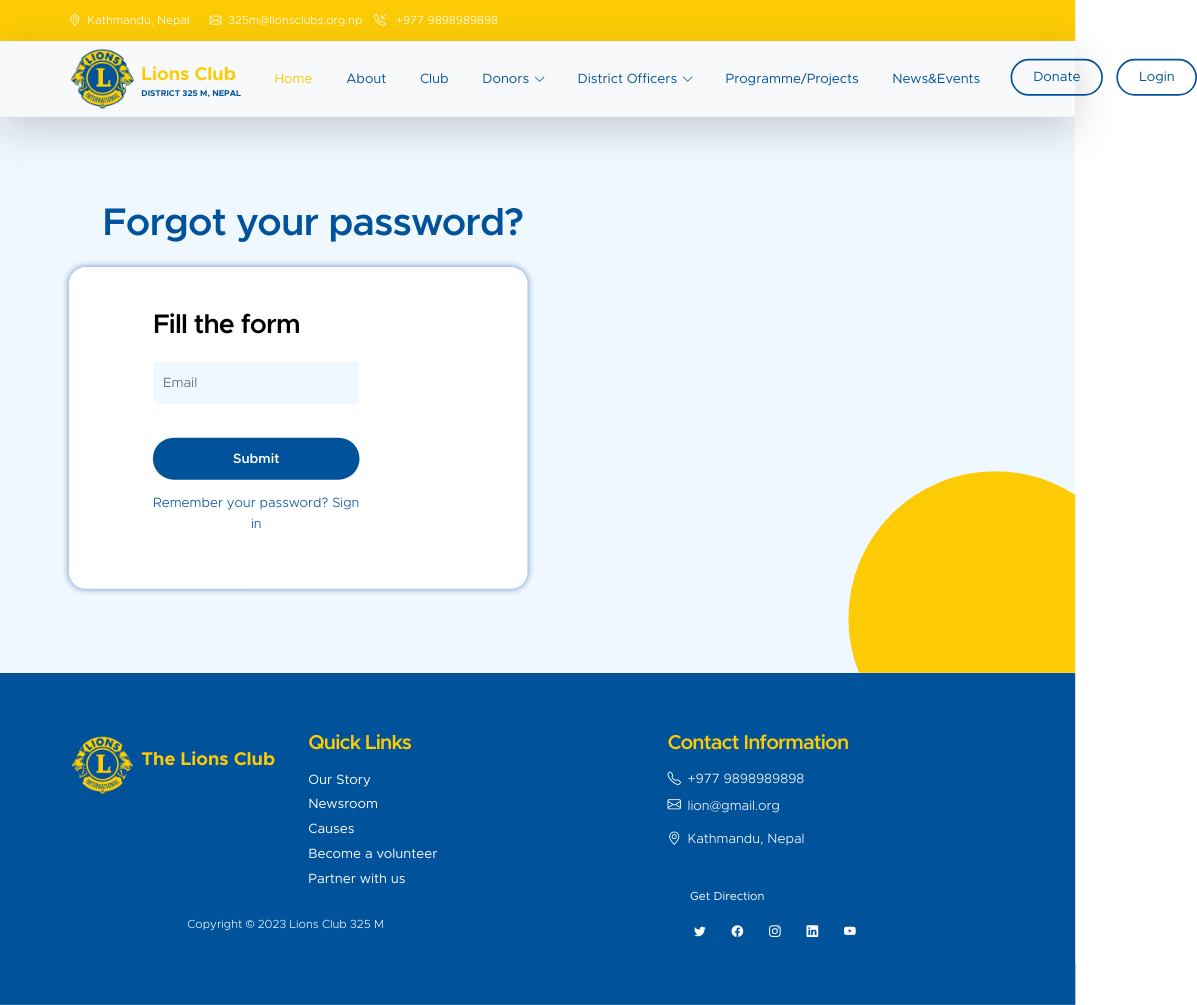
Repository: sandhya8109/Lions
Page: http://localhost/forget.php
These files come from the project's save history. The page is drawn as it stood at one moment and after the next save; the edit follows.
The browser window is 1280 px wide. The page is 1425 px wide, so the pictures cover 1425 px, including what lies to the right of the window. The pictures show the whole page, at 84% of full size.
The page is run by PHP 8.4 with error messages shown; the project is at /var/www/html/.

Above is the page before, as saved 2023-06-18 14:02:04.
Console error: TypeError: Cannot read properties of undefined (reading 'top')

After the next save:
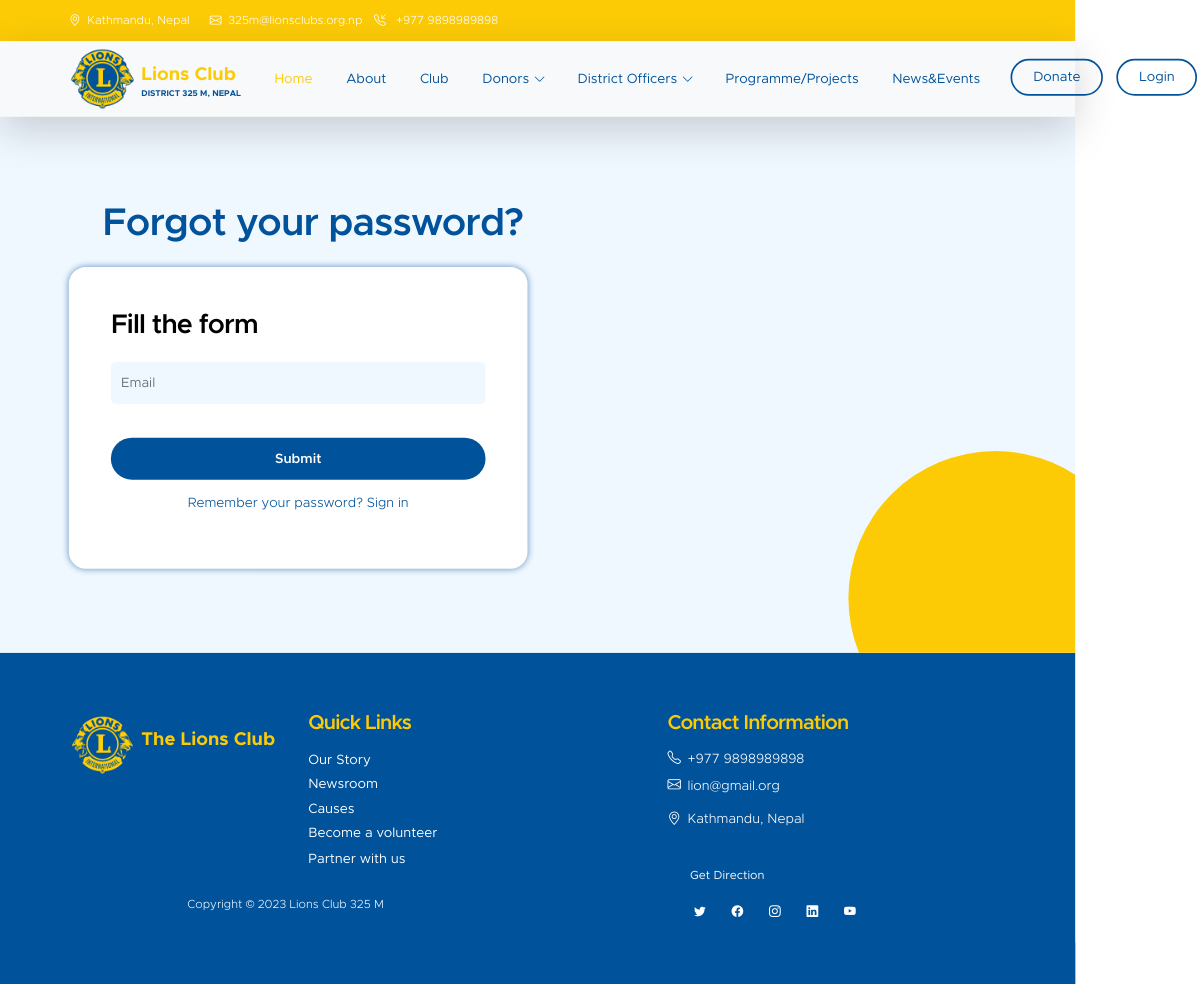
Saved 11 s later.
--- a/forget.php
+++ b/forget.php
@@ -8,7 +8,7 @@
             <div class="col-lg-6 col-12">
                 <h2 class="mb-4" style="color:#00529b; padding-left:40px; ">Forgot your password?</h2>
                 <form class="custom-form volunteer-form mb-5 mb-lg-0" action="#" method="post" role="form"
-                    style="box-shadow: 0 0 9px rgb(91, 139, 190); padding-left:100px; padding-right:200px;">
+                    style="box-shadow: 0 0 9px rgb(91, 139, 190);">
                     <h3 class="mb-4">Fill the form</h3>
 
                     <div class="row">
